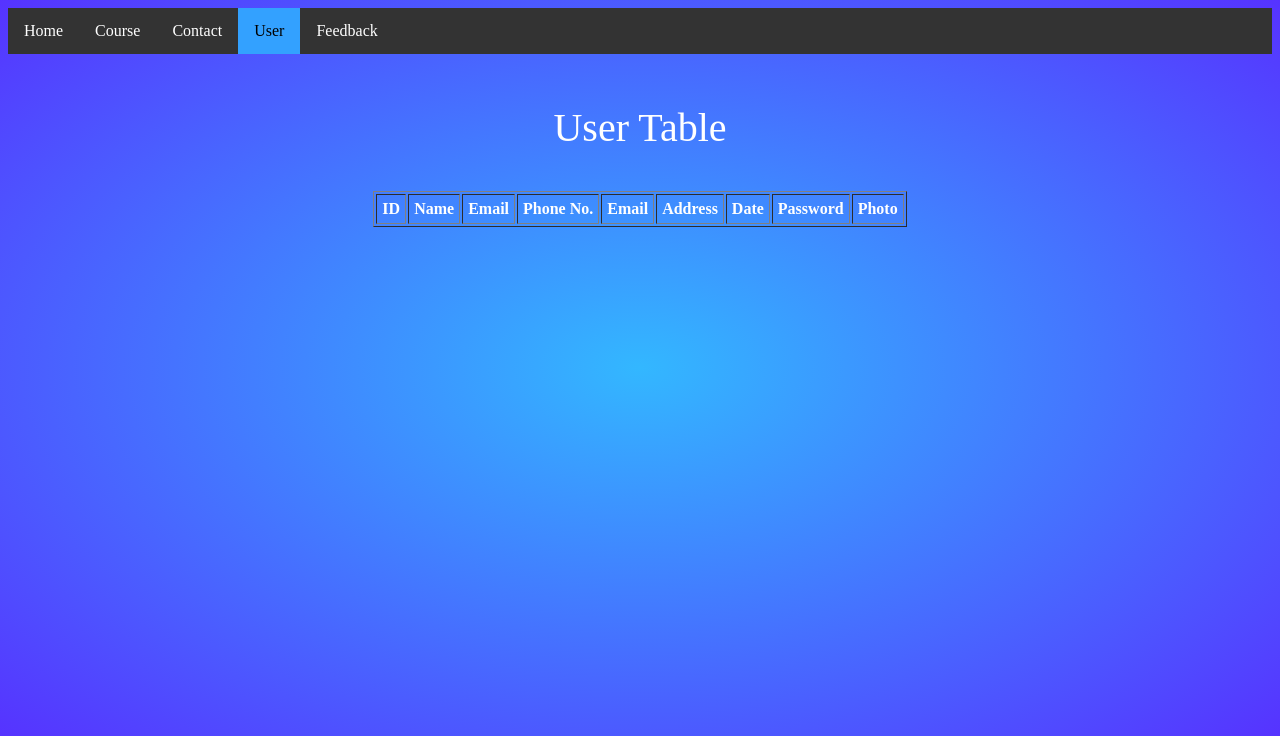
Repository: ShreyasG27/Amdocs-Training
Page: http://localhost/elearning-frontend/userdisplay.jsp
The author's editor kept a copy of each file at every save. The page is drawn from the files as they stood at one save, then again after the next save.
The browser window is 1280 px wide. The pictures show the whole page.
The page is served by Tomcat 9. Nobody is signed in. The application's start-up code is not run. Queries for data that is not in the repository find no rows.

Above is the page before, as saved 2021-08-22 18:43:27.

After the next save:
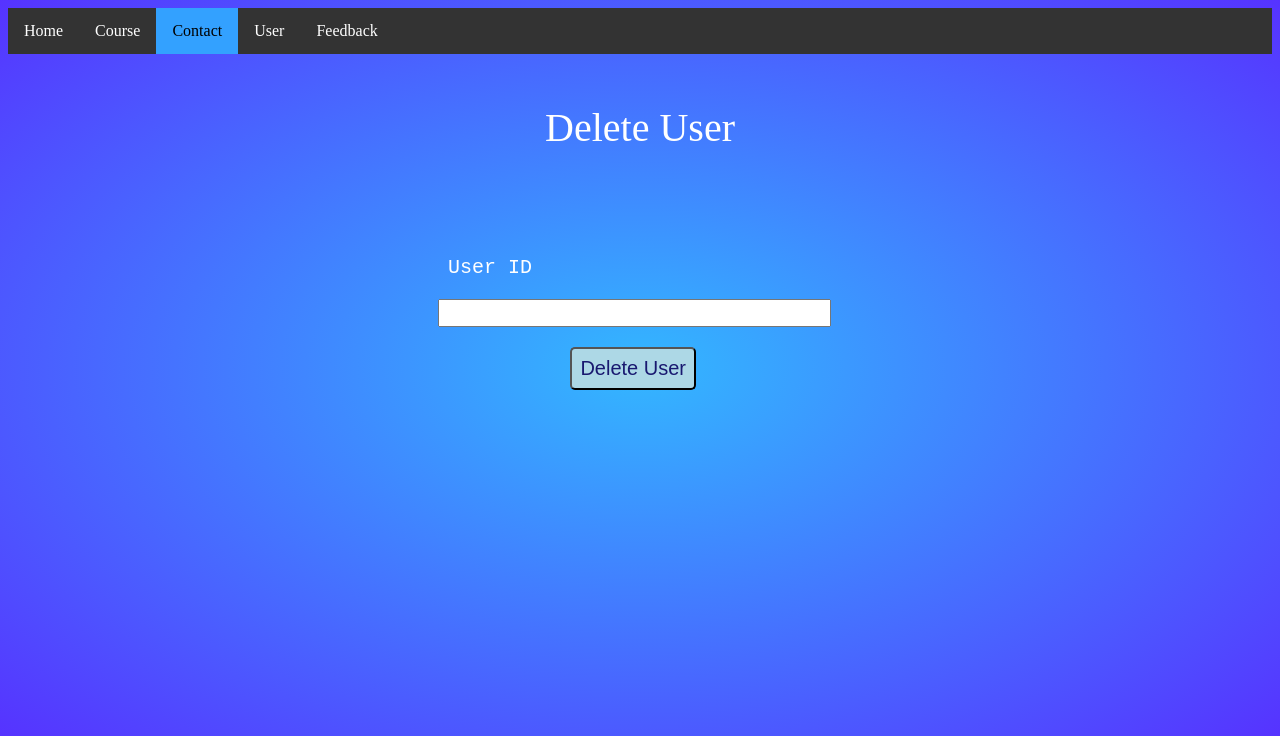
Saved 2 min 47 s later.
--- a/elearning-frontend/WebContent/userdisplay.jsp
+++ b/elearning-frontend/WebContent/userdisplay.jsp
@@ -1,8 +1,5 @@
 <%@ page language="java" contentType="text/html; charset=ISO-8859-1"
     pageEncoding="ISO-8859-1"%>
-
-<%@ taglib uri="http://java.sun.com/jsp/jstl/core" prefix="c" %>
-<%@ taglib uri="http://java.sun.com/jsp/jstl/sql" prefix="sql" %>
 <!DOCTYPE html PUBLIC "-//W3C//DTD HTML 4.01 Transitional//EN" "http://www.w3.org/TR/html4/loose.dtd">
 <html>
 <head>
@@ -114,51 +111,20 @@ li a:hover:not(.active) {
 <ul>
   <li><a href="afterloginadm.jsp">Home</a></li>
   <li><a href="course.jsp">Course</a></li>
-  <li><a href="contactdisplay.jsp">Contact</a></li>
-  <li><a class="active" href="userdisplay.jsp">User</a></li>
+  <li><a class="active" href="contactdisplay.jsp">Contact</a></li>
+  <li><a href="userdisplay.jsp">User</a></li>
   <li><a href="feedbackdisplay.jsp">Feedback</a></li>
 </ul>
-<center><p class="heading">User Table</p></center>
-
-	<sql:setDataSource
-    var="myDS"
-    driver="com.mysql.cj.jdbc.Driver"
-    url="jdbc:mysql://localhost:3306/elearningschema"
-    user="root" password="root"
-/>
-	<sql:query var="list_users" dataSource="${myDS}">
-    SELECT * FROM user1;
-</sql:query>
-
-    <div align="center">
-        <table border="1" cellpadding="5">
-
-            <tr>
-                <th>ID</th>
-                <th>Name</th>
-                <th>Email</th>
-                <th>Phone No.</th>
-                <th>Email</th>
-                <th>Address</th>
-                <th>Date</th>
-                <th>Password</th>
-                <th>Photo</th>
-            </tr>
-            <c:forEach var="user1" items="${listUsers}">
- <tr>
- 	 <c:out value="${user1.user_id}" />
-    <c:out value="${user1.name}" />
-     <c:out value="${user1.phone_no}" />
-    <c:out value="${user1.email}" />
-    <c:out value="${user1.address}" />
-     <c:out value="${user1.reg_date}" />
-      <c:out value="${user1.password}" />
-       <c:out value="${user1.upload_photo}" />
- </tr>
-</c:forEach>
-        </table>
-    </div>
+<center><p class="heading">Delete User</p></center>
+<form action="contact" method="POST">
+    <pre>
 
 
+     <p class="txtfld">User ID</p><input class="inputfld" type="number" name="courseid">
+     	<input class="deletebutton" type="submit" value="Delete User"><br>
+
+
+    </pre>
+</form>
 </body>
 </html>
